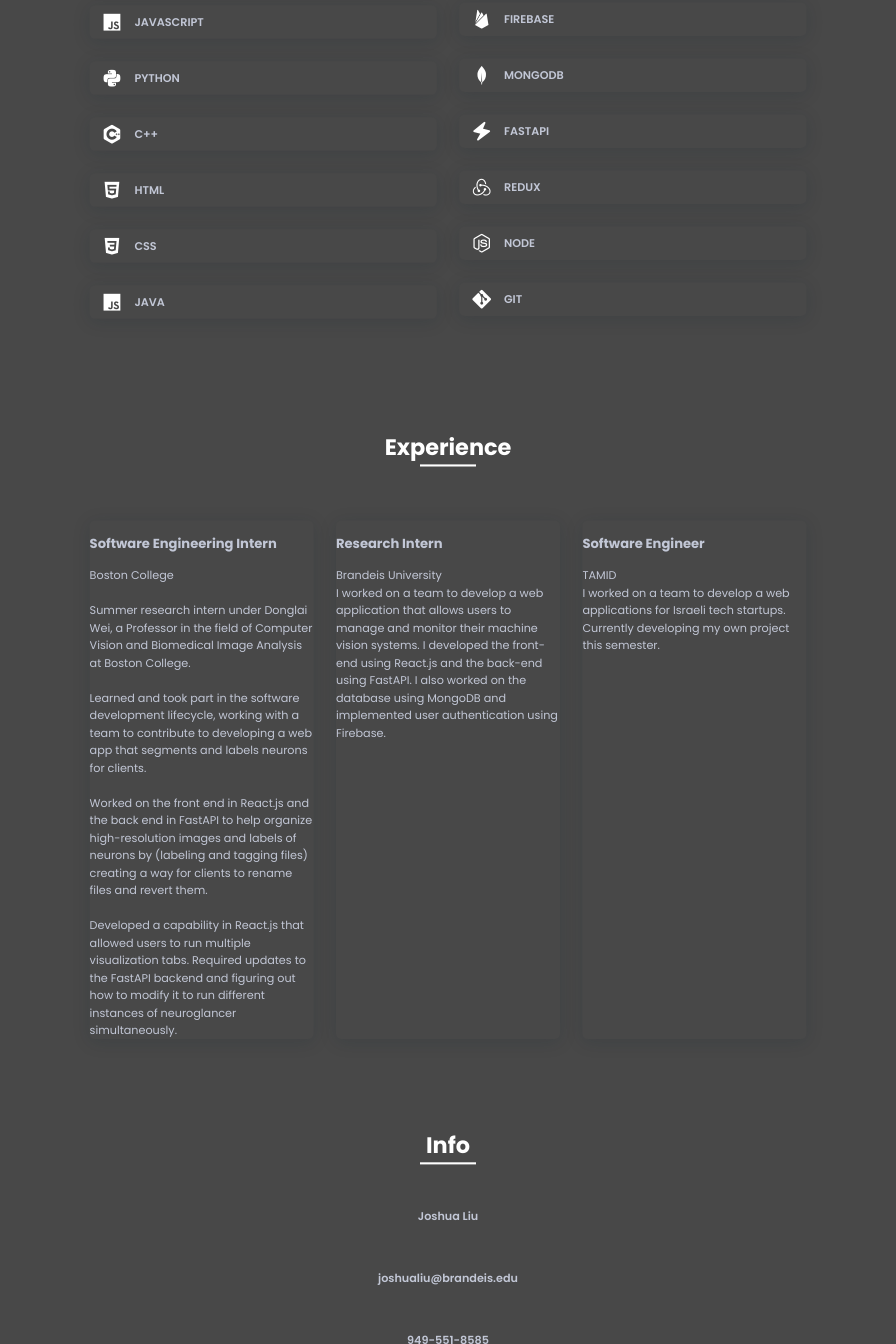
Repository: joshliu14/joshliu14.github.io
Page: index.html
The author's editor kept a copy of each file at every save. The page is drawn from the files as they stood at one save, then again after the next save.
The browser window is 1280 px wide. The pictures show the part of the page from y = 1629 to 3549 px (the page is 4062 px tall), at 70% of full size.

Above is the page before, as saved 2024-02-01 00:53:30.

After the next save:
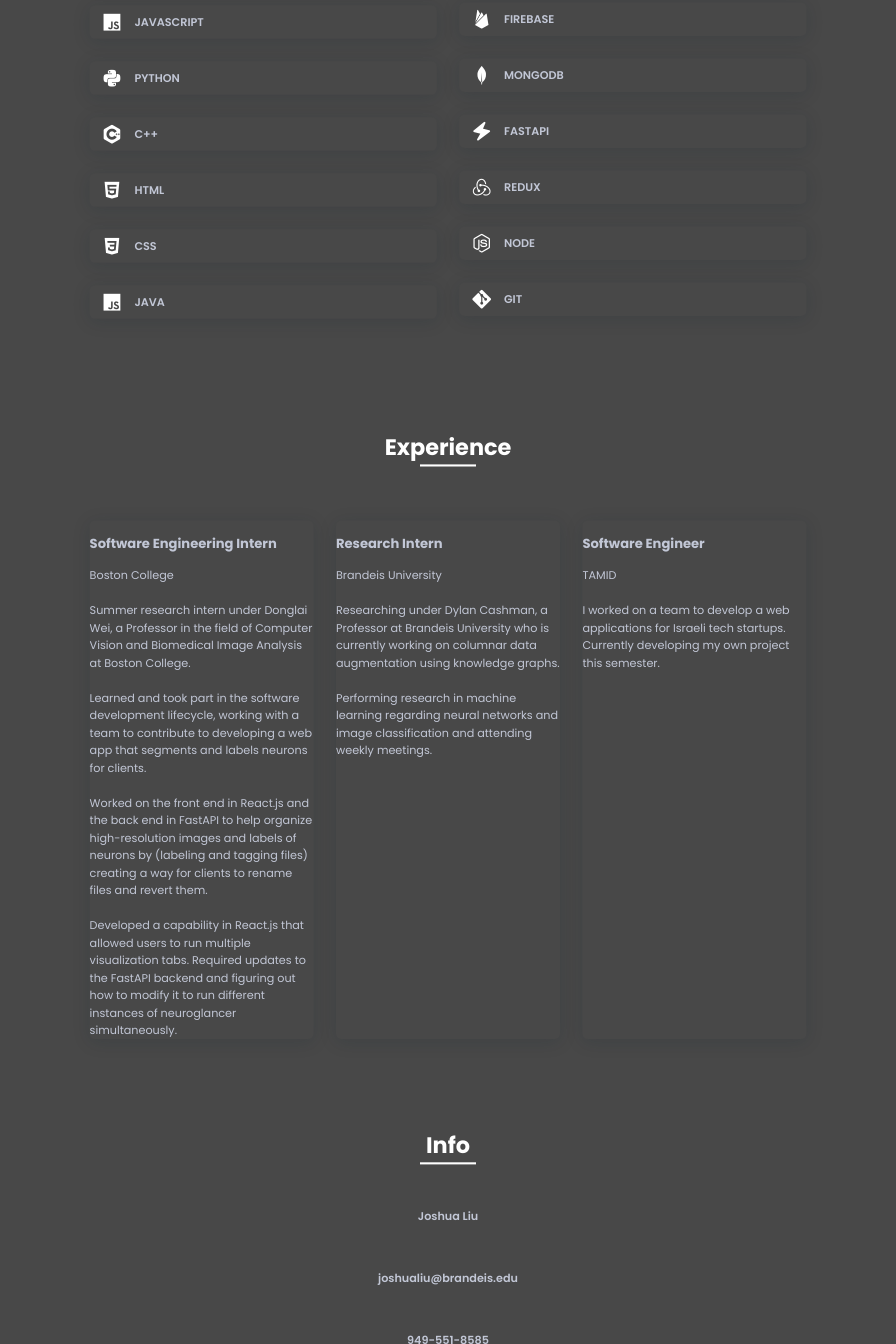
Saved 70 s later.
--- a/index.html
+++ b/index.html
@@ -256,17 +256,19 @@
                 <h3 class="work__title">Research Intern</h3>
                 <span class="work__subtitle">Brandeis University</span>
                 <p class="work__description">
-                    I worked on a team to develop a web application that allows
-                    users to manage and monitor their machine vision systems. I
-                    developed the front-end using React.js and the back-end using
-                    FastAPI. I also worked on the database using MongoDB and
-                    implemented user authentication using Firebase.
+                    <br />
+                    Researching under Dylan Cashman, a Professor at Brandeis University who is currently working on
+                    columnar data augmentation using knowledge graphs.
+                    <br />
+                    <br />
+                    Performing research in machine learning regarding neural networks and image classification and attending weekly meetings.
                 </p>
                 </div>
                 <div class="work__img">
                 <h3 class="work__title">Software Engineer</h3>
                 <span class="work__subtitle">TAMID</span>
                 <p class="work__description">
+                    <br />
                     I worked on a team to develop a web applications for
                     Israeli tech startups. Currently developing my own project
                     this semester.
